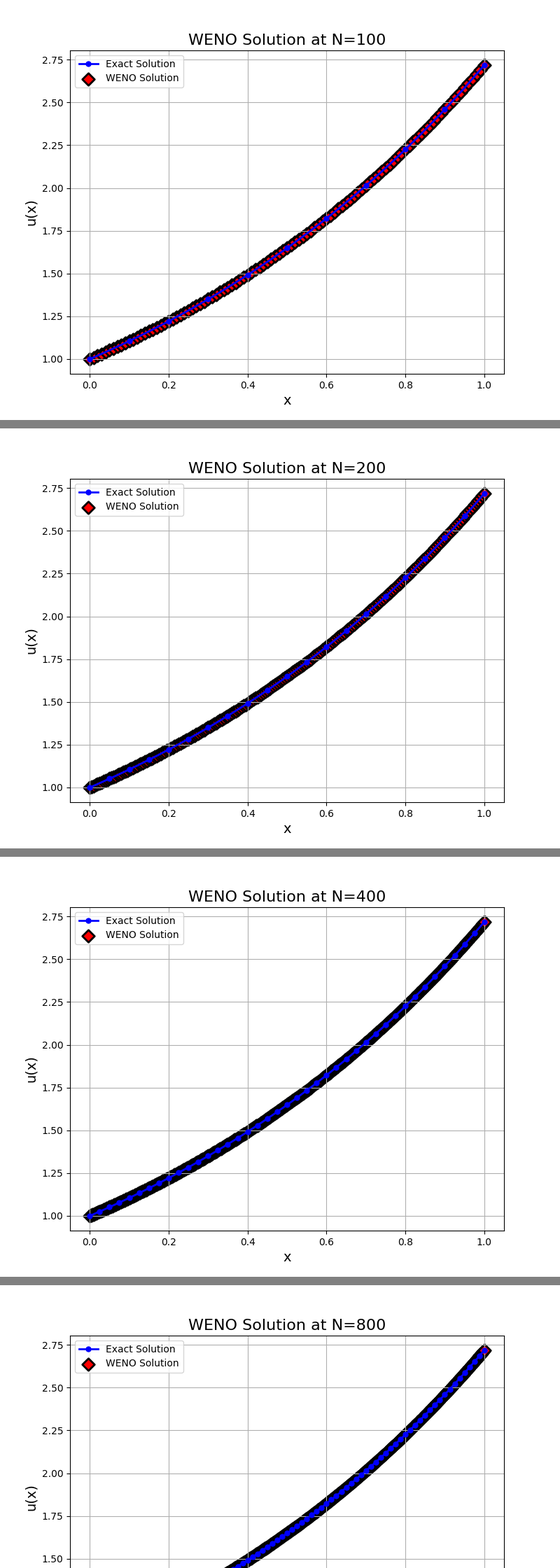
Repository: mishiroo/WENO
Script's output: python main.py
The author's editor kept a copy of each file at every save. The script's output is drawn from the files as they stood at one save, then again after the next save.
The pictures show rows 0 to 2240 of an output 3048 px tall, at 70% of full size.
Each picture stacks the figures in order, with grey between them; figures that are only written to a file come last. Random numbers start from a fixed seed.

Above is the script's output before, as saved 2024-12-03 15:11:38.

### main.py
import WENO
import ErrorAnalysis as EA
import numpy as np
import tqdm

# 计算误差阶
# N: Num of cells
NList = [100, 200, 400, 800, 1600]
L2ErrorList = []
LinfErrorList = []
Solutions = []

for n in NList:
    print(f"num of cells = {n}...")
    mesh = WENO.Mesh(0, 1, n)
    mesh.SetTestAverageValues()
    theo_values = np.exp(mesh.mesh)
    weno = WENO.WENO1D(mesh=mesh.mesh, avg_values=mesh.avg_values)
    weno5_solution = np.zeros_like(mesh.mesh)
    for i in tqdm.tqdm(range(weno.N+1)):
        weno5_solution[i] = weno.WENOReconstruct(i)
    LinfErrorList.append(EA.LinfError(theo_values, weno5_solution))
    L2ErrorList.append(EA.L2Error(theo_values, weno5_solution))
    Solutions.append(weno5_solution)
    EA.Draw(mesh.mesh, theo_values, weno5_solution)


EA.SaveError("WENO5Error.xlsx", NList, L2ErrorList, LinfErrorList)

### WENO.py
import numpy as np
from typing import List
# 1D dimension
class WENO1D:

    def __init__(self, mesh: np.ndarray, avg_values: np.ndarray, order=5) -> None:
        """初始化WENO类

        Args:
            mesh (np.ndarray): 网格剖分[lb,...ub]
            avg_values (np.ndarray): 网格剖分[lb,...ub]
            order (int, optional): WENO算法阶数. Defaults to 5.
        """
        assert np.size(mesh) - 1 == np.size(
            avg_values
        ), "len(mesh) == len(avg_values) + 1"
        self.avg_values = avg_values
        self.mesh = mesh

        self.order = order
        self.lb = mesh[0]
        self.ub = mesh[-1]
        self.N = len(mesh) - 1  # Num of cells
        self.k = int((order + 1) / 2)  # Num of stencils
        # 查表得到模板组合线性权
        if order == 1:
            self.weights_d = [1]
        elif order == 3:
            self.weights_d = [2 / 3, 1 / 3]
        elif order == 5:
            self.weights_d = [1 / 10, 3 / 5, 3 / 10]
            # 查表得到模板组合系数
            self.C = np.array(
                [
                    [1 / 3, -7 / 6, 11 / 6],
                    [-1 / 6, 5 / 6, 1 / 3],
                    [1 / 3, 5 / 6, -1 / 6],
                    [11 / 6, -7 / 6, 1 / 3],
                ]
            )
        else:
            raise ValueError("order must be 1, 2 or 3")  # 其他阶的系数论文没给，先不写

    def StencilReconstruct(self, index: int) -> List[float]:
        """根据模板进行重构 精度为k阶

        Args:
            index (int): 计算节点的位置索引

        Returns:
            List[float]: 不同模板上的重构结果
        """
        stencil_index = index - 1
        stencil_recons = np.zeros(self.k)  # 存储不同模板重构结果的值
        if stencil_index - self.k + 1 >= 0 and stencil_index + self.k - 1 <= self.N - 1:
            for i in range(self.k):
                stencil_recons[i] = np.inner(
                    self.C[i],
                    self.avg_values[
                        stencil_index - self.k + 1 + i : stencil_index + i + 1
                    ],
                )

        elif stencil_index - self.k + 1 < 0:
            for i in range(self.k):
                stencil_recons[i] = np.inner(
                    self.C[-1],
                    self.avg_values[stencil_index+1 : stencil_index + self.k+1],
                )

        elif stencil_index + self.k - 1 > self.N - 1:
            for i in range(self.k):
                stencil_recons[i] = np.inner(
                    self.C[0],
                    self.avg_values[stencil_index - self.k + 1 : stencil_index + 1],
                )
        return stencil_recons


    def SmoothIndicators(self, index: int) -> np.ndarray:
        """计算指示器

        Args:
            index (int): 索引

        Returns:
            np.ndarray: 平滑指示函数
        """
        assert self.k == 2 or self.k == 3, "SmoothIndicators only support k=3 NOW!"
        # 处理非法值
        if index < self.k - 1 or index > self.N - self.k:
            return self.weights_d
        else:
            if self.k == 2:
                beta0 = self.avg_values[index + 1] - self.avg_values[index]
                beta1 = self.avg_values[index] - self.avg_values[index - 1]
                return [beta0, beta1]
            elif self.k == 3:
                beta0 = (
                    13
                    / 12
                    * (
                        self.avg_values[index + 1]
                        - 2 * self.avg_values[index + 1]
                        + self.avg_values[index + 2]
                    )
                    ** 2
                )
                +1 / 4 * (
                    3 * self.avg_values[index]
                    - 4 * self.avg_values[index + 2]
                    + self.avg_values[index + 2]
                ) ** 2
                beta1 = (
                    13
                    / 12
                    * (
                        self.avg_values[index - 1]
                        - 2 * self.avg_values[index]
                        + self.avg_values[index + 1]
                    )
                    ** 2
                )
                +1 / 4 * (self.avg_values[index - 1] - self.avg_values[index + 1]) ** 2
                beta2 = (
                    13
                    / 12
                    * (
                        self.avg_values[index - 2]
                        - 2 * self.avg_values[index - 1]
                        + self.avg_values[index]
                    )
                    ** 2
                )
                +1 / 4 * (
                    3 * self.avg_values[index]
                    - 4 * self.avg_values[index - 1]
                    + self.avg_values[index - 2]
                ) ** 2
            return [beta0, beta1, beta2]

    def FormWeights(self, index: int, eps=1e-6) -> np.ndarray:
        """计算归一化权重

        Args:
            index (int): 索引

        Returns:
            np.ndarray: 权重
        """
        alpha = np.zeros(self.k)
        beta = self.SmoothIndicators(index)
        for i in range(self.k):
            alpha[i] = self.weights_d[i] / (eps + beta[i]) ** 2
        return alpha / np.sum(alpha)

    def WENOReconstruct(self, index: int, eps=1e-6) -> float:
        """WENO加权后的重构 精度为2k-1阶

        Args:
            index (int): 索引
            eps (_type_, optional): eps参数. Defaults to 1e-6.

        Returns:
            float: 插值结果
        """
        weights = self.FormWeights(index, eps=eps)
        return np.inner(self.weights_d, self.StencilReconstruct(index))


class Mesh:
    def __init__(self, lb: float, ub: float, N: int) -> None:
        """初始化网格

        Args:
            lb (float): 左边界
            ub (float): 右边界
            N (int): cells数量
        """
        self.lb = lb
        self.ub = ub
        self.N = N
        self.mesh = np.linspace(lb, ub, N + 1)
        self.avg_values = np.zeros(N)  # Initialize avg_values

    def BindAverageValues(self, avg_values: List[float]) -> None:
        """绑定平均值

        Args:
            avg_values (List[float]): 平均值
        """
        assert len(avg_values) == self.N, "avg_values length must be N"
        self.avg_values = avg_values

    def SetTestAverageValues(self):
        """测试用例
        func = e^x
        设置精确的单元格积分均值
        """
        for i in range(self.N):
            integrate = np.exp(self.mesh[i + 1]) - np.exp(self.mesh[i])
            self.avg_values[i] = integrate / (self.mesh[i + 1] - self.mesh[i])

### ErrorAnalysis.py
# 分析计算结果的收敛阶 绘制计算效果图
import numpy as np
import pandas as pd
from typing import List
from matplotlib import pyplot as plt


def AccuracyOrder(N1: int, N2: int, Error1: int, Error2: int) -> float:
    """给定两组剖分和计算结果，计算收敛阶

    Args:
        N1 (int): 第一次剖分的网格数
        N2 (int): 第二次剖分的网格数
        Error1 (int): 第一次剖分的误差
        Error2 (int): 第二次剖分的误差

    Returns:
        float: 收敛阶
    """
    return np.log(Error1 / Error2) / np.log(N2 / N1)


def AccuracyOrders(NList: List[int], ErrorList: List[float]) -> np.ndarray:
    """对两组及以上剖分结果进行收敛阶分析 返回长度为len(NList)第一个元素为None的收敛阶数组

    Args:
        NList (List[int]): 网格剖分参数列表
        ErrorList (List[float]): 误差结果列表

    Returns:
        np.ndarray: 收敛阶列表
    """
    assert len(NList) == len(
        ErrorList
    ), f"length of NList and ErrorList must be equal, but {len(NList)} and {len(ErrorList)} are given"
    orderList = np.zeros(len(NList))
    orderList[0] = None
    for i in range(1, len(NList)):
        orderList[i] = AccuracyOrder(
            NList[i], NList[i - 1], ErrorList[i], ErrorList[i - 1]
        )
    return orderList


def SaveError(
    fn: str, NList: List[int], L2ErrorList: List[float], LinfErrorList: List[float]
) -> None:
    """保存误差结果

    Args:
        fn (str): 保存文件名
        NList (List[int]): 网格剖分参数列表
        ErrorList (List[float]): 误差结果列表
    """
    ac_orders_l2 = AccuracyOrders(NList, L2ErrorList)
    ac_orders_linf = AccuracyOrders(NList, LinfErrorList)
    # 保存计算结果
    data = {
        "N": NList,
        "L2Error": L2ErrorList,
        "L2Order": ac_orders_l2,
        "LInfError": LinfErrorList,
        "LInfOrder": ac_orders_linf,
    }
    df = pd.DataFrame(data)
    df.to_excel(fn, index=False)


def L2Error(analytical: List[float], numerical: List[float]) -> float:
    """计算L2误差

    Args:
        analytical (List[float]): 解析解
        numerical (List[float]): 数值解

    Returns:
        float: L2误差
    """
    return np.sqrt(np.sum([(a - n) ** 2 for a, n in zip(analytical, numerical)]))


def LinfError(analytical: List[float], numerical: List[float]) -> float:
    """计算Linf误差

    Args:
        analytical (List[float]): 解析解
        numerical (List[float]): 数值解

    Returns:
        float: Linf误差
    """
    return max([abs(a - n) for a, n in zip(analytical, numerical)])


def Draw(
    mesh: np.ndarray,
    theo_values: np.ndarray,
    weno_values: np.ndarray,
    show=False,
    fn: str = None,
):
    """只绘制剖分为N的精确值与数值解对比图

    Args:
        mesh (np.ndarray): 剖分网格
        theo_values (np.ndarray): 理论值
        weno_values (np.ndarray): WENO求解结果
        show(Bool, optional): 是否显示图形. Defaults to False.
        fn (str, optional): 保存文件名. Defaults to None.
    """
    N = mesh.size - 1
    # 创建图形
    plt.figure(figsize=(8, 6))

    # 绘制理论解（精确解）
    plt.plot(
        mesh,
        theo_values,
        label="Exact Solution",
        color="blue",
        linestyle="-",
        linewidth=2,
        marker="o",
        markersize=5,
        markevery=10,
    )

    # 绘制WENO数值解
    plt.scatter(
        mesh,
        weno_values,
        label="WENO Solution",
        color="red",
        marker="D",
        s=80,
        edgecolor="black",
        linewidth=2,
    )

    # 设置标题和标签

    plt.title(f"WENO Solution at N={N}", fontsize=16)
    plt.xlabel("x", fontsize=14)
    plt.ylabel("u(x)", fontsize=14)

    # 显示图例
    plt.legend()

    # 显示网格
    plt.grid(True)
    if fn is not None:
        plt.savefig(f"figures/{fn}.png")
    else:
        plt.savefig(f"figures/WENO5-N={N}.png")
    # 展示图形
    if show:
        plt.show()

After the next save:
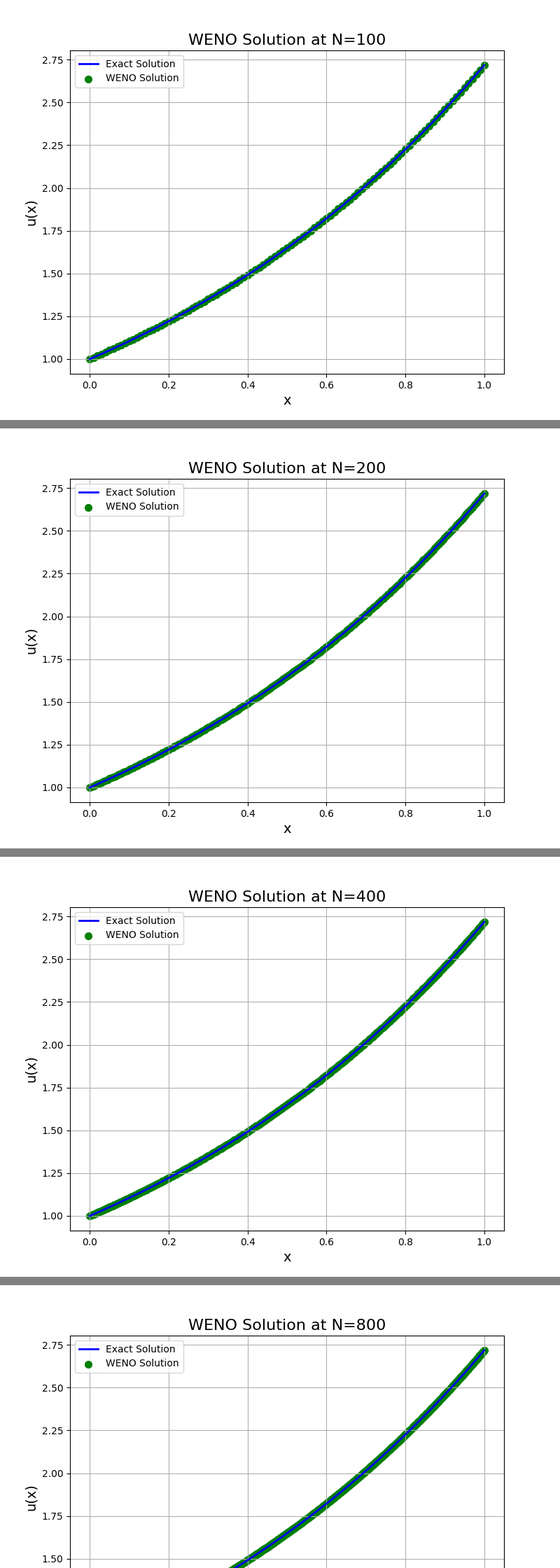
Saved 107 s later.
--- a/ErrorAnalysis.py
+++ b/ErrorAnalysis.py
@@ -112,29 +112,14 @@ def Draw(
     # 创建图形
     plt.figure(figsize=(8, 6))
 
-    # 绘制理论解（精确解）
+    # 绘制理论值
     plt.plot(
-        mesh,
-        theo_values,
-        label="Exact Solution",
-        color="blue",
-        linestyle="-",
-        linewidth=2,
-        marker="o",
-        markersize=5,
-        markevery=10,
+        mesh, theo_values, label="Exact Solution", color="b", linestyle="-", linewidth=2
     )
 
     # 绘制WENO数值解
     plt.scatter(
-        mesh,
-        weno_values,
-        label="WENO Solution",
-        color="red",
-        marker="D",
-        s=80,
-        edgecolor="black",
-        linewidth=2,
+        mesh, weno_values, label="WENO Solution", color="green", marker="o", linewidth=2
     )
 
     # 设置标题和标签
